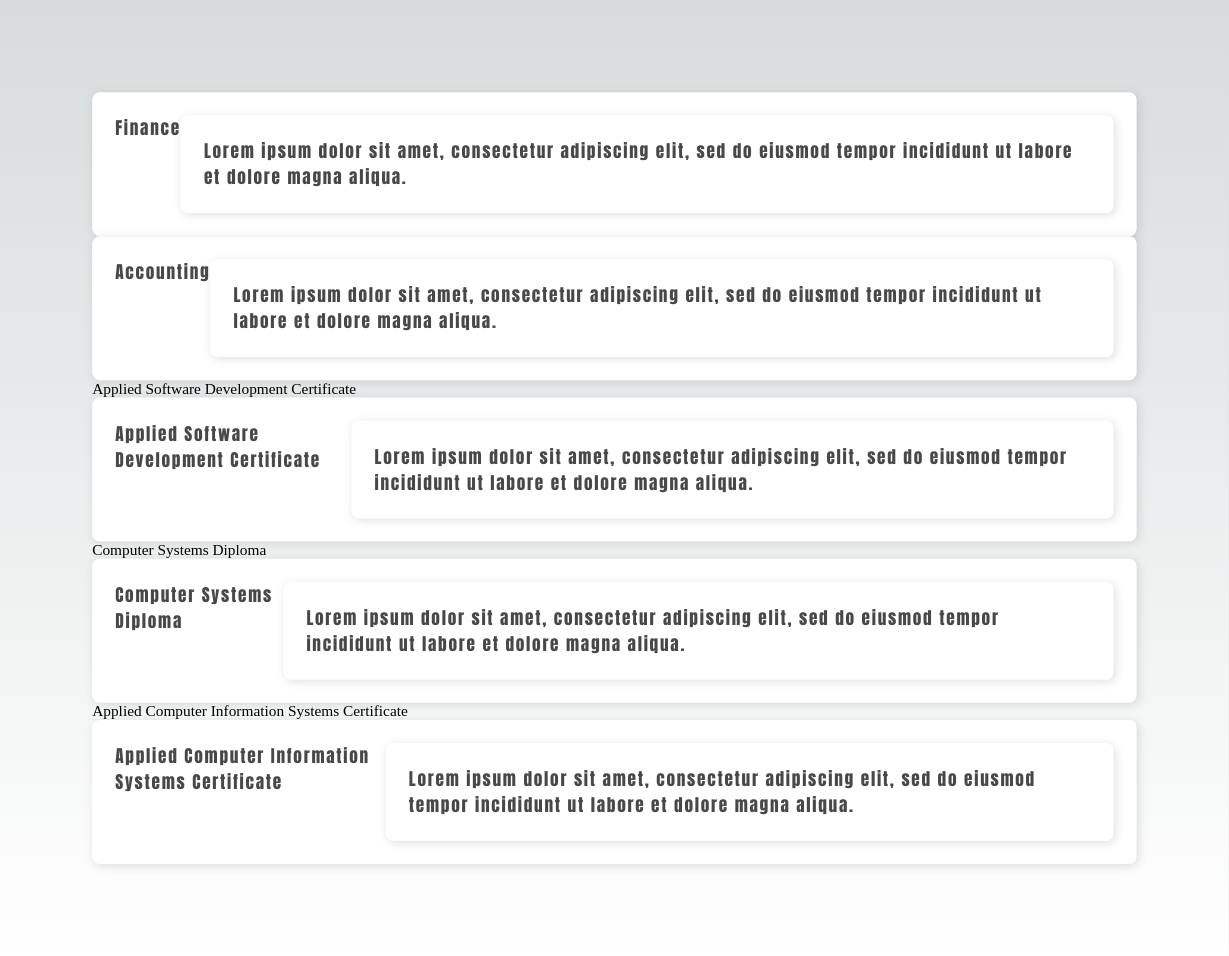
Repository: giovanabirck/class03-vercel-test
Page: /
An editor plug-in stored every save of this project. The page is shown before and after the next save, followed by the edit.
The browser window is 1280 px wide. The pictures show the whole page, at 96% of full size.
The project was rebuilt for these pictures with package versions that can differ from the ones it lists, and the page was loaded fresh each time. The framework's server and built-in components were replaced by stand-ins that run in the browser. Also part of the build but not shown: next.config.js.

Above is the page before, as saved 2023-01-24 21:26:16.

After the next save:
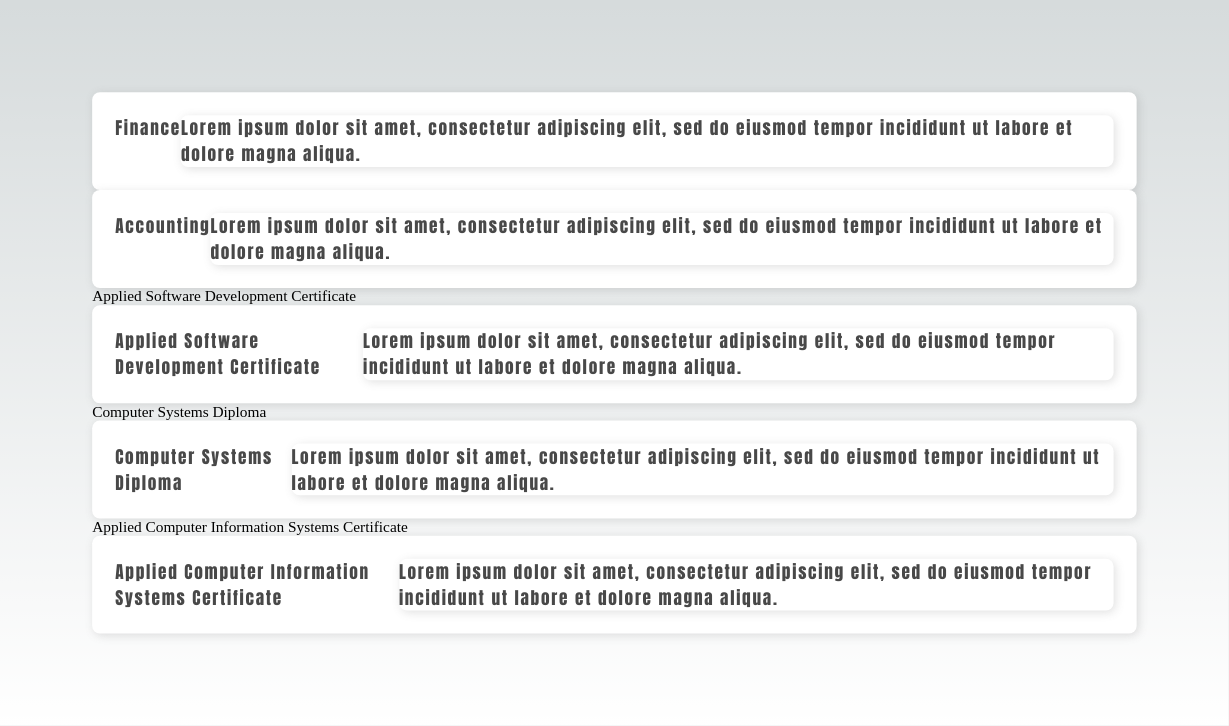
Saved 6 s later.
--- a/components/Card/index.js
+++ b/components/Card/index.js
@@ -19,8 +19,6 @@ export default function Card({
             {degree}
             <br></br>
             <p style={{
-                backgroundColor: "white",
-                padding: "24px",
                 fontFamily: "Impact",
                 color: "#484848",
                 fontSize: "18px",
